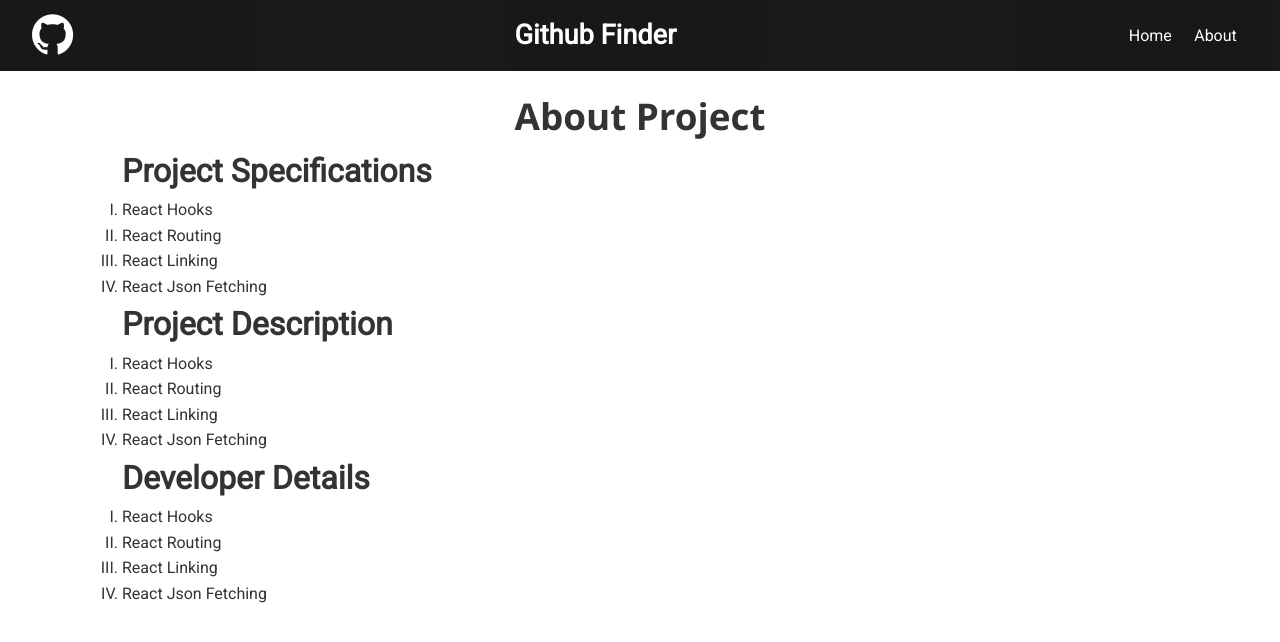
Repository: hemantsaini-7/ReactHooks-GitHub-Clone
Page: /about
An editor plug-in stored every save of this project. The page is shown before and after the next save, followed by the edit.
The browser window is 1280 px wide. The pictures show the whole page.
The project was rebuilt for these pictures with package versions that can differ from the ones it lists, and the page was loaded fresh each time. Also part of the build but not shown: src/components/users/UserItem.js, src/components/layout/Spinner.js, src/components/users/Users.js, src/components/repos/RepoItem.js, src/components/repos/Repos.js, src/components/users/User.js, src/components/users/Search.js, src/components/layout/Alert.js.

Above is the page before, as saved 2020-08-06 10:06:22.

### public/index.html
<!DOCTYPE html>
<html lang="en">
  <head>
    <meta charset="utf-8" />
    <link rel="icon" href="%PUBLIC_URL%/favicon.ico" />
    <meta name="viewport" content="width=device-width, initial-scale=1" />
    <meta name="theme-color" content="#000000" />
    <meta
      name="description"
      content="Web site created using create-react-app"
    />
    <link rel="apple-touch-icon" href="%PUBLIC_URL%/logo192.png" />

    <link rel="manifest" href="%PUBLIC_URL%/manifest.json" />
    <link
      rel="stylesheet"
      href="https://stackpath.bootstrapcdn.com/font-awesome/4.7.0/css/font-awesome.min.css"
    />
    <title>React App</title>
  </head>
  <body>
    <noscript>You need to enable JavaScript to run this app.</noscript>
    <div id="root"></div>
  </body>
</html>

### src/App.js
import React, { Fragment, useState } from "react";
import "./App.css";
import { BrowserRouter as Router, Switch, Route } from "react-router-dom";
import Navbar from "./components/layout/Navbar";
import Users from "./components/users/Users";
import User from "./components/users/User";
import Search from "./components/users/Search";
import Alert from "./components/layout/Alert";
import About from "./components/pages/About";
import axios from "axios";
const App = () => {
  const [users, setUsers] = useState([]);
  const [user, setUser] = useState({});
  const [repos, setRepos] = useState([]);
  const [loading, setLoading] = useState(false);
  const [alert, setAlert] = useState(null);

  const searchUsers = async (text) => {
    //this.setState({ loading: true });
    setLoading(true);
    const res = await axios.get(
      `https://api.github.com/search/users?q=${text}&cliend_id=${process.env.REACT_APP_GITHUB_CLIENT_ID}&client_secret=${process.env.REACT_APP_GITHUB_CLIENT_SECRET}`
    );
    setUsers(res.data.items);
    setLoading(false);
  };

  const clearUsers = () => {
    setUsers([]);
    setLoading(false);
  };

  const showAlert = (msg, type) => {
    //this.setState({ alert: { msg, type } });
    setAlert({ msg, type });
    setTimeout(() => setAlert(null), 5000);
  };

  const getUser = async (username) => {
    setLoading(true);
    const res = await axios.get(
      `https://api.github.com/users/${username}?cliend_id=${process.env.REACT_APP_GITHUB_CLIENT_ID}&client_secret=${process.env.REACT_APP_GITHUB_CLIENT_SECRET}`
    );
    setUser(res.data);
    setLoading(false);
  };

  const getUserRepos = async (username) => {
    setLoading(true);
    const res = await axios.get(
      `https://api.github.com/users/${username}/repos?per_page=5&sort=created:asc&cliend_id=${process.env.REACT_APP_GITHUB_CLIENT_ID}&client_secret=${process.env.REACT_APP_GITHUB_CLIENT_SECRET}`
    );
    setRepos(res.data);
    setLoading(false);
  };

  return (
    <Router>
      <div className='App'>
        <Navbar title='Github Finder' />
        <div className='container'>
          <Alert alert={alert} />
          <Switch>
            <Route
              exact
              path='/'
              render={(props) => (
                <Fragment>
                  <Search
                    searchUsers={searchUsers}
                    clearUsers={clearUsers}
                    showClear={users.length > 0 ? true : false}
                    setAlert={showAlert}
                  />
                  <Users users={users} loading={loading} />
                </Fragment>
              )}
            />
            <Route exact path='/about' component={About} />
            <Route
              exact
              path='/user/:login'
              render={(props) => (
                <User
                  {...props}
                  getUser={getUser}
                  getUserRepos={getUserRepos}
                  repos={repos}
                  user={user}
                  loading={loading}
                />
              )}
            />
          </Switch>
        </div>
      </div>
    </Router>
  );
};

export default App;

### src/App.css
@import url("https://fonts.googleapis.com/css?family=Roboto");

/* Global Styles */
:root {
  --primary-color: #dc3545;
  --dark-color: #333333;
  --light-color: #f4f4f4;
  --danger-color: #dc3545;
  --success-color: #28a745;
}

* {
  box-sizing: border-box;
  margin: 0;
  padding: 0;
}

body {
  font-family: "Roboto", sans-serif;
  font-size: 1rem;
  line-height: 1.6;
  background-color: #fff;
  color: #333;
}

a {
  color: var(--primary-color);
  text-decoration: none;
}

a:hover {
  color: #666;
}

ul {
  list-style: none;
}

img {
  width: 100%;
}

/* Utilities */
.container {
  max-width: 1100px;
  margin: auto;
  overflow: hidden;
  padding: 0 2rem;
}

/* Text Styles*/
.x-large {
  font-size: 4rem;
  line-height: 1.2;
  margin-bottom: 1rem;
}

.large {
  font-size: 3rem;
  line-height: 1.2;
  margin-bottom: 1rem;
}

.lead {
  font-size: 1.5rem;
  margin-bottom: 1rem;
}

.text-center {
  text-align: center;
}

.text-primary {
  color: var(--primary-color);
}

.text-dark {
  color: var(--dark-color);
}

.text-success {
  color: var(--success-color);
}

.text-danger {
  color: var(--danger-color);
}

.text-center {
  text-align: center;
}

.text-right {
  text-align: right;
}

.text-left {
  text-align: left;
}

/* Center All */
.all-center {
  display: flex;
  flex-direction: column;
  width: 100%;
  margin: auto;
  justify-content: center;
  align-items: center;
  text-align: center;
}

/* Cards */
.card {
  padding: 1rem;
  border: #ccc 1px dotted;
  margin: 0.7rem 0;
}

/* List */
.list {
  margin: 0.5rem 0;
}

.list li {
  padding-bottom: 0.3rem;
}

/* Padding */
.p {
  padding: 0.5rem;
}
.p-1 {
  padding: 1rem;
}
.p-2 {
  padding: 2rem;
}
.p-3 {
  padding: 3rem;
}
.py {
  padding: 0.5rem 0;
}
.py-1 {
  padding: 1rem 0;
}
.py-2 {
  padding: 2rem 0;
}
.py-3 {
  padding: 3rem 0;
}

/* Margin */
.m {
  margin: 0.5rem;
}
.m-1 {
  margin: 1rem;
}
.m-2 {
  margin: 2rem;
}
.m-3 {
  margin: 3rem;
}
.my {
  margin: 0.5rem 0;
}
.my-1 {
  margin: 1rem 0;
}
.my-2 {
  margin: 2rem 0;
}
.my-3 {
  margin: 3rem 0;
}

/* Grid */
.grid-2 {
  display: grid;
  grid-template-columns: repeat(2, 1fr);
  grid-gap: 1rem;
}

.grid-3 {
  display: grid;
  grid-template-columns: repeat(3, 1fr);
  grid-gap: 1rem;
}

.grid-4 {
  display: grid;
  grid-template-columns: repeat(4, 1fr);
  grid-gap: 1rem;
}

.btn {
  display: inline-block;
  background: var(--light-color);
  color: #333;
  padding: 0.4rem 1.3rem;
  font-size: 1rem;
  border: none;
  cursor: pointer;
  margin-right: 0.5rem;
  transition: opacity 0.2s ease-in;
  outline: none;
}

.btn-link {
  background: none;
  padding: 0;
  margin: 0;
}

.btn-block {
  display: block;
  width: 100%;
}

.btn-sm {
  font-size: 0.8rem;
  padding: 0.3rem 1rem;
  margin-right: 0.2rem;
}

.badge {
  display: inline-block;
  font-size: 0.8rem;
  padding: 0.2rem 0.7rem;
  text-align: center;
  margin: 0.3rem;
  background: var(--light-color);
  color: #333;
  border-radius: 5px;
}

.alert {
  padding: 0.7rem;
  margin: 1rem 0;
  opacity: 0.9;
  background: var(--light-color);
  color: #333;
}

.btn-primary,
.bg-primary,
.badge-primary,
.alert-primary {
  background: var(--primary-color);
  color: #fff;
}

.btn-light,
.bg-light,
.badge-light,
.alert-light {
  background: var(--light-color);
  color: #333;
}

.btn-dark,
.bg-dark,
.badge-dark,
.alert-dark {
  background: var(--dark-color);
  color: #fff;
}

.btn-danger,
.bg-danger,
.badge-danger,
.alert-danger {
  background: var(--danger-color);
  color: #fff;
}

.btn-success,
.bg-success,
.badge-success,
.alert-success {
  background: var(--success-color);
  color: #fff;
}

.btn-white,
.bg-white,
.badge-white,
.alert-white {
  background: #fff;
  color: #333;
  border: #ccc solid 1px;
}

.btn:hover {
  opacity: 0.8;
}

.bg-light,
.badge-light {
  border: #ccc solid 1px;
}

.round-img {
  border-radius: 50%;
}

/* Forms */
input {
  margin: 1.2rem 0;
}

.form-text {
  display: block;
  margin-top: 0.3rem;
  color: #888;
}

input[type="text"],
input[type="email"],
input[type="password"],
input[type="date"],
select,
textarea {
  display: block;
  width: 100%;
  padding: 0.4rem;
  font-size: 1.2rem;
  border: 1px solid #ccc;
}

input[type="submit"],
button {
  font: inherit;
}

table th,
table td {
  padding: 1rem;
  text-align: left;
}

table th {
  background: var(--light-color);
}

/* Navbar */
.navbar {
  display: flex;
  justify-content: space-between;
  align-items: center;
  padding: 0.7rem 2rem;
  z-index: 1;
  width: 100%;
  opacity: 0.9;
  margin-bottom: 1rem;
}

.navbar ul {
  display: flex;
}

.navbar a {
  color: #fff;
  padding: 0.45rem;
  margin: 0 0.25rem;
}

.navbar a:hover {
  color: var(--light-color);
}

.navbar .welcome span {
  margin-right: 0.6rem;
}
.bg-black {
  background: #000;
  color: #fff;
}
.nav-head {
  font-size: 1.7rem;
  /* margin-left: 100px; */
}
.s-field {
  border-radius: 10px;
  box-shadow: inset 0px 0px 10px #ccc;
}
.s-field:focus {
  outline: none;
}
.about-head {
  text-align: center;
  font-weight: bold;
  font-size: 2.3rem;
  font-family: "Segoe UI", Tahoma, Geneva, Verdana, sans-serif;
}
/* Mobile Styles */
@media (max-width: 700px) {
  .hide-sm {
    display: none;
  }

  .grid-2,
  .grid-3,
  .grid-4 {
    grid-template-columns: 1fr;
  }

  /* Text Styles */
  .x-large {
    font-size: 3rem;
  }

  .large {
    font-size: 2rem;
  }

  .lead {
    font-size: 1rem;
  }

  /* Navbar */
  .navbar {
    display: block;
    text-align: center;
  }

  .navbar ul {
    text-align: center;
    justify-content: center;
  }
}

### src/components/layout/Navbar.js
import React from "react";
import { Link } from "react-router-dom";
function Navbar(props) {
  return (
    <nav className='navbar bg-black '>
      <span>
        <i className='fa fa-github fa-3x'></i>
      </span>
      <h3 className='nav-head'>{props.title}</h3>
      <ul>
        <li>
          <Link to='/'>Home</Link>
        </li>
        <li>
          <Link to='/about'>About</Link>
        </li>
      </ul>
    </nav>
  );
}

export default Navbar;

### src/components/pages/About.js
import React from "react";

const About = () => {
  return (
    <div className='about-div'>
      <h1 className='about-head'>About Project</h1>
      <div className='content-div'>
        <h1 className='content-head'>Project Specifications</h1>
        <ol type='I'>
          <li>React Hooks</li>
          <li>React Routing</li>
          <li>React Linking</li>
          <li>React Json Fetching</li>
        </ol>
      </div>
      <div className='content-div'>
        <h1 className='content-head'>Project Description</h1>
        <ol type='I'>
          <li>React Hooks</li>
          <li>React Routing</li>
          <li>React Linking</li>
          <li>React Json Fetching</li>
        </ol>
      </div>
      <div className='content-div'>
        <h1 className='content-head'>Developer Details</h1>
        <ol type='I'>
          <li>React Hooks</li>
          <li>React Routing</li>
          <li>React Linking</li>
          <li>React Json Fetching</li>
        </ol>
      </div>
    </div>
  );
};
export default About;

Loaded but not shown: src/index.js (common file)

After the next save:
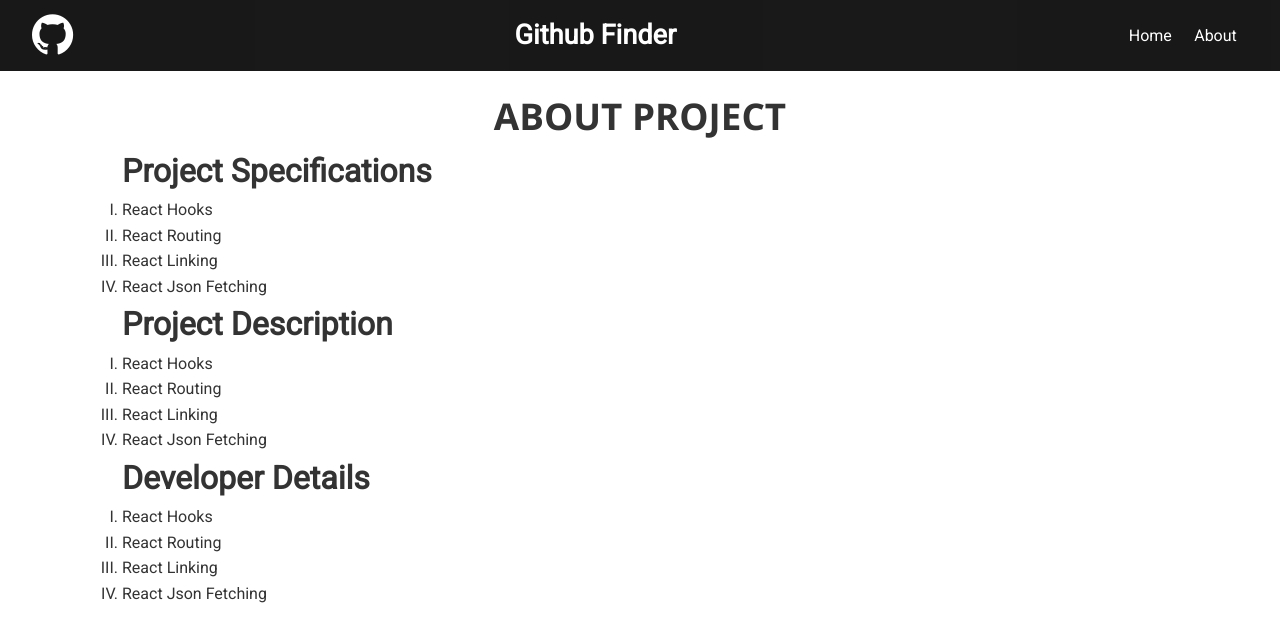
Saved 14 s later.
--- a/src/components/pages/About.js
+++ b/src/components/pages/About.js
@@ -3,7 +3,7 @@
 const About = () => {
   return (
     <div className='about-div'>
-      <h1 className='about-head'>About Project</h1>
+      <h1 className='about-head'>ABOUT PROJECT</h1>
       <div className='content-div'>
         <h1 className='content-head'>Project Specifications</h1>
         <ol type='I'>

After the save that followed:
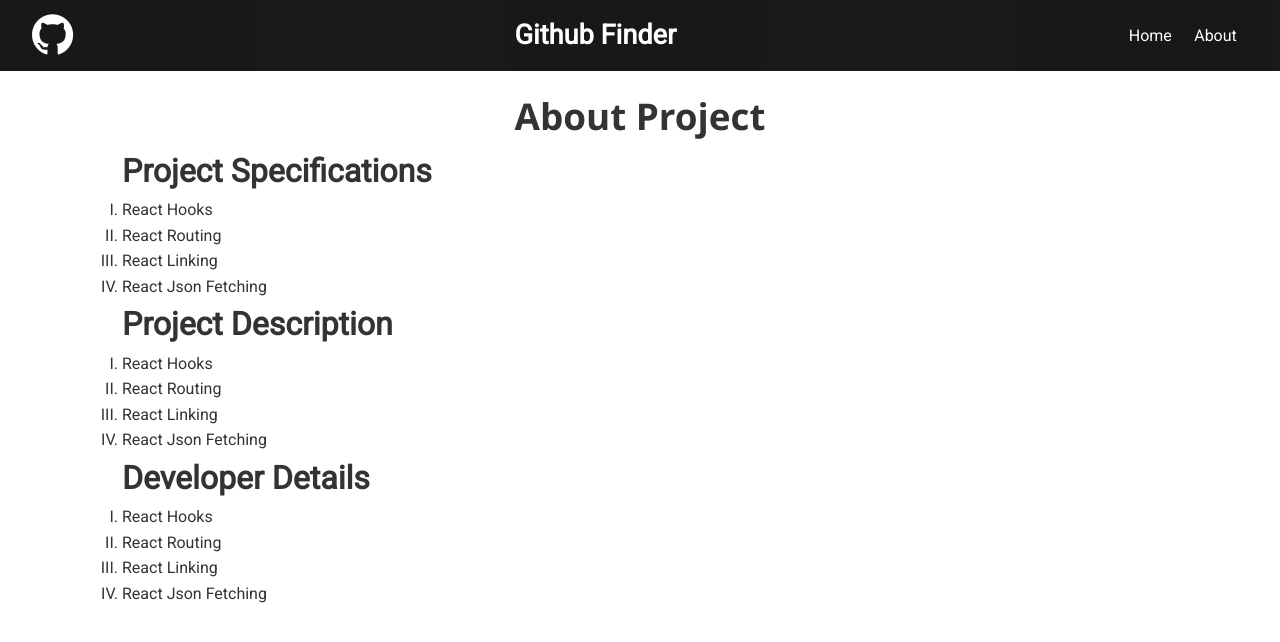
Saved 9 s later.
--- a/src/components/pages/About.js
+++ b/src/components/pages/About.js
@@ -3,7 +3,7 @@
 const About = () => {
   return (
     <div className='about-div'>
-      <h1 className='about-head'>ABOUT PROJECT</h1>
+      <h1 className='about-head'>About Project</h1>
       <div className='content-div'>
         <h1 className='content-head'>Project Specifications</h1>
         <ol type='I'>
